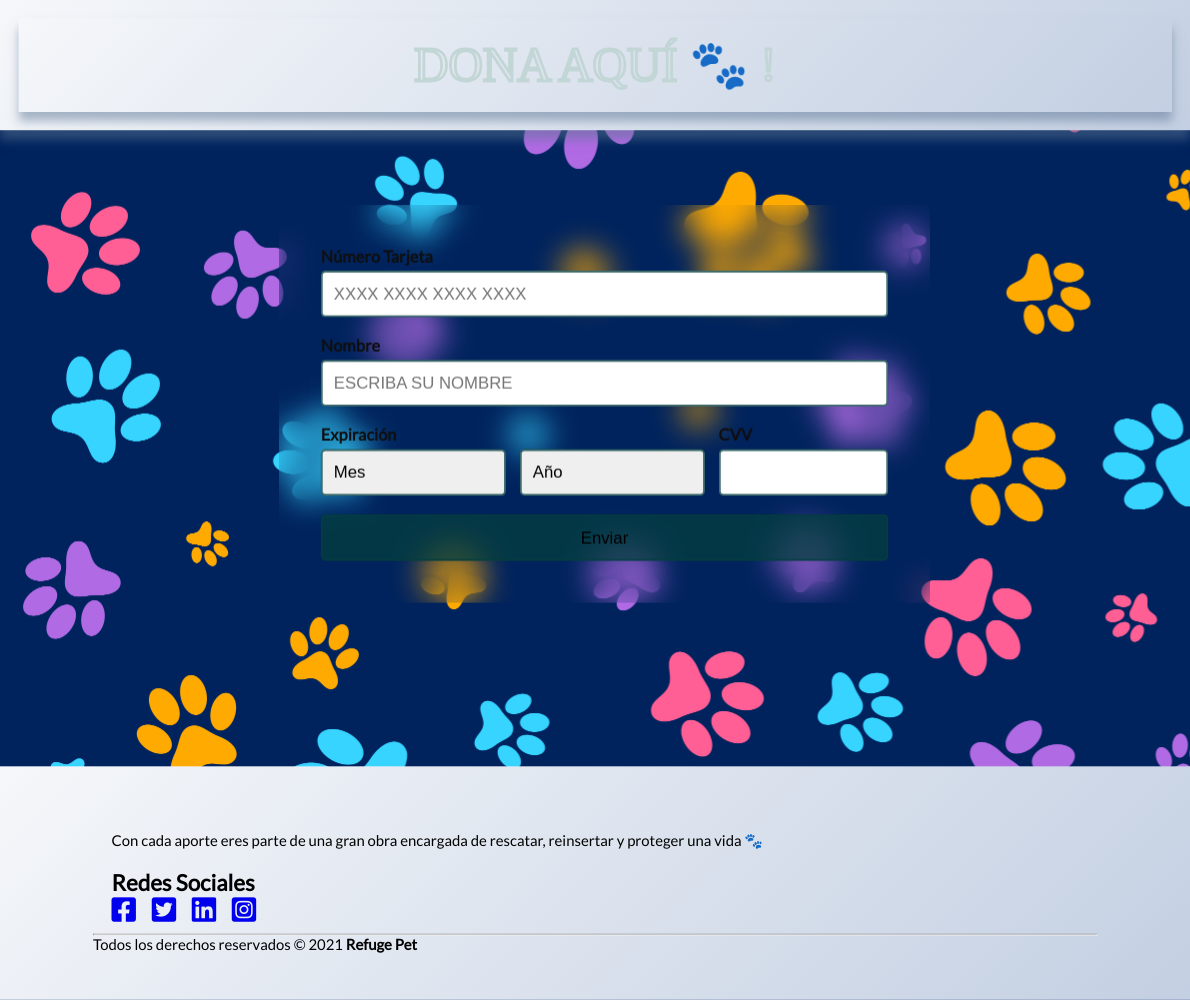
Repository: andreasvidal/SCL019-card-validation
Page: src/views/cardvalidation.html
These files come from the project's save history. The page is drawn as it stood at one moment and after the next save; the edit follows.
The browser window is 1280 px wide. The pictures show the whole page, at 93% of full size.
Some web fonts or font styles are not loaded; a fallback is used. Some web libraries are served in a nearby version.

Above is the page before, as saved 2022-04-13 09:59:08.

### src/views/cardvalidation.html
<!DOCTYPE html>
<html lang="en">

<head>
    <meta charset="UTF-8" />
    <meta http-equiv="X-UA-Compatible" content="IE=edge" />
    <meta name="viewport" content="width=device-width, initial-scale=1.0" />
    <link rel="preconnect" href="https://fonts.googleapis.com" />
    <link rel="preconnect" href="https://fonts.gstatic.com" crossorigin />
    <link href="https://fonts.googleapis.com/css2?family=Lato:ital,wght@0,400;1,700&display=swap" rel="stylesheet" />
    <link rel="preconnect" href="https://fonts.googleapis.com" />
    <link rel="preconnect" href="https://fonts.gstatic.com" crossorigin />
    <link href="https://fonts.googleapis.com/css2?family=Hurricane&family=Lato:ital,wght@1,700&display=swap" rel="stylesheet" />
    <link rel="stylesheet" href="https://use.fontawesome.com/releases/v5.8.1/css/all.css" integrity="sha384-50oBUHEmvpQ+1lW4y57PTFmhCaXp0ML5d60M1M7uH2+nqUivzIebhndOJK28anvf" crossorigin="anonymous" />
    <link rel="stylesheet" href="../css/formstyle.css" />
    <link rel="stylesheet" href="../css/style.css" />
    <title>Formulario</title>
</head>

<!--contenido principal formulario-->

<body>
    <div class="subtitle">
        <p class="subtitle">DONA AQUÍ 🐾 !</p>
    </div>
    <form id="formValidation" class="form-validation">
        <div class="bg-blur">
            <div class="data-card" id="dataForm">
                <label for="inputNumber">Número Tarjeta</label>
                <input type="text" id="inputNumber" name="number" maxlength="16" autocomplete="off" pattern="[0-9]+" placeholder="XXXX XXXX XXXX XXXX" required />
                <h5 id="print"></h5>
            </div>
            <div class="data-card">
                <label for="inputNameUser">Nombre </label>
                <input type="text" id="inputNameUser" name="nameUser" placeholder="Escriba su nombre" required />
                <h5 id="print"></h5>
            </div>
            <!--datos expiración tarjeta-->
            <div class="flexbox">
                <div class="data-card expider-date">
                    <label for="monthSelect">Expiración</label>
                    <div class="flexbox">
                        <div class="data-card-select">
                            <select name="monthSelect" id="monthSelect" required>
                <option disabled selected>Mes</option>
                <option value="1">1</option>
                <option value="2">2</option>
                <option value="3">3</option>
                <option value="4">4</option>
                <option value="5">5</option>
                <option value="6">6</option>
                <option value="7">7</option>
                <option value="8">8</option>
                <option value="9">9</option>
                <option value="10">10</option>
                <option value="11">11</option>
                <option value="12">12</option>
              </select>
                        </div>
                        <div class="data-card-select">
                            <select name="yearSelect" id="yearSelect" required>
                <option disabled selected>Año</option>
                <option value="2">2014</option>
                <option value="5">2015</option>
                <option value="6">2016</option>
                <option value="7">2017</option>
                <option value="8">2018</option>
                <option value="9">2019</option>
                <option value="10">2020</option>
                <option value="11">2021</option>
                <option value="12">2022</option>
              </select>
                        </div>
                    </div>
                </div>
                <div class="data-card ccv">
                    <label for="inputCcv">CVV</label>
                    <input type="text" id="inputCcv" name="inputCcv" maxlength="3" required />
                </div>
            </div>
            <button type="submit" value="sendForm" class="btn-send" id="sendForm">
        Enviar
      </button>
        </div>
    </form>
    <footer>
        <div class="container__footer">
            <div class="box__footer">
                <div class="terms">
                    <p>
                        Con cada aporte eres parte de una gran obra encargada de rescatar, reinsertar y proteger una vida 🐾
                    </p>
                </div>
            </div>
            <div class="box__footer">
                <h2>Redes Sociales</h2>
                <a href="#"> <i class="fab fa-facebook-square"></i></a>
                <a href="#"><i class="fab fa-twitter-square"></i></a>
                <a href="#"><i class="fab fa-linkedin"></i></a>
                <a href="#"><i class="fab fa-instagram-square"></i></a>
            </div>
        </div>
        <div class="box__copyright">
            <hr />
            <p>Todos los derechos reservados © 2021 <b>Refuge Pet</b></p>
        </div>
    </footer>
    <!-- jQuery-->
    <script src="https://ajax.googleapis.com/ajax/libs/jquery/3.6.0/jquery.min.js"></script>
    <!--materialize -->
    <!--JS-->
    <script src="../js/index.js" type="module"></script>
</body>

</html>

### src/css/formstyle.css
* {
    padding: 0;
    margin: 0;
    box-sizing: border-box;
}

body {
    font-family: 'Lato', 'sans-serif';
    background-image: url(../assets/img/fondopatas.jpg);
    background-size: cover;
    background-repeat: no-repeat;
}


/*estilos formulario validacion*/

.form-validation {
    color: beige;
    width: 100%;
    max-width: 700px;
    margin-left: 300px;
    border-radius: 10px;
    position: relative;
    top: 80px;
    z-index: 1;
}

.bg-blur {
    backdrop-filter: blur(1rem);
    width: 100%;
    padding: 45px;
}

.form-validation label {
    display: block;
    color: rgb(15, 15, 15);
    margin-bottom: 5px;
    font-size: 1.1rem;
    font-weight: 700;
}

.form-validation input,
.form-validation select,
.btn-send {
    border: 2px solid rgba(4, 63, 63, 0.753);
    font-size: 18px;
    height: 50px;
    width: 100%;
    padding: 5px 12px;
    border-radius: 5px;
}

.form-validation input:hover,
.form-validation select:hover {
    border: 2px solid rgb(23, 24, 24);
}

.form-validation input:focus,
.form-validation select:focus {
    outline: rgb(173, 182, 182);
    box-shadow: 0 8px 8px 0 rgba(32, 38, 46, 0.3);
}

.form-validation input {
    margin-bottom: 20px;
    text-transform: uppercase;
}

.form-validation .flexbox {
    display: flex;
    justify-content: space-between;
}

.form-validation .expider-date {
    width: 100%;
}

.form-validation .ccv {
    min-width: 10px;
}

.form-validation .data-card-select {
    width: 100%;
    margin-right: 15px;
    position: relative;
}

.form-validation select {
    -webkit-appearance: none;
}


/*backgrond btn enviar*/

.btn-send {
    background: rgba(4, 63, 63, 0.753);
    ;
}

.btn-send:hover {
    background-color: rgba(94, 126, 136, 0.651);
    cursor: pointer;
}

#print {
    color: rgb(38, 41, 41);
    font-size: 16px;
}


/*footer*/

.terms {
    height: 30px;
    margin-bottom: 50px;
}

footer {
    width: 100%;
    padding: 50px 100px;
    margin-top: 20%;
    background-size: cover;
    /*background: rgb(58, 89, 180);*/
    background-image: linear-gradient(135deg, #f5f7fa 0%, #c3cfe2 100%);
}

.box__footer {
    padding: 20px;
    height: 10px;
}

.fab {
    padding-right: 40px;
    width: 20px;
    height: 20px;
    font-size: 30px;
}

.box__copyright {
    padding-top: 50px;
}

### src/css/style.css
     * {
         padding: 0;
         margin: 0;
         box-sizing: border-box;
     }

     body {
         font-family: 'Lato', 'sans-serif';
         background-image: url(../assets/img/fondopatas.jpg);
     }
     /*estilo titulo*/

     .title-h1 {
         font-family: 'Raleway', sans-serif;
         text-decoration: underline overline wavy rgba(183, 0, 255, 0.514);
         padding: 40px 100px;
         color: rgb(74, 80, 80);
         display: flex;
         flex-direction: column;
         align-items: center;
         box-shadow: 0 10px 10px 0 rgba(90, 116, 148, 0.3);
         background-image: linear-gradient(135deg, #f5f7fa 0%, #c3cfe2 100%);
         font-size: 8vw;
     }

     .subtitle {
         font-family: 'Shadows Into Light', cursive;
         text-align: center;
         padding: 20px 20px;
         color: rgb(74, 80, 80);
         font-size: 4vw;
         -webkit-text-fill-color: transparent;
         -webkit-text-stroke: 3px rgb(195, 214, 214);
         background-image: linear-gradient(135deg, #f5f7fa 0%, #c3cfe2 100%);
         box-shadow: 0 10px 10px 0 rgba(90, 116, 148, 0.5);
     }

     .img-banner {
         display: flex;
         height: 500px;
         z-index: -1;
         flex-direction: row;
         margin-left: 50px;
         align-items: center;
         margin-bottom: -50px;
         border-radius: 15px;
     }
     /*contenedor tarjeta*/

     .container {
         width: 90%;
         max-width: 1000px;
         padding: 20px 60px;
         margin: auto;
         display: flex;
         /* deja los elementos en forma de columna*/
         flex-direction: column;
         /*align-items no sirve para centrar de forma vertical (se utiliza justify), se utiliza al cambiar la dirección con flex-direction*/
         align-items: center;
     }
     /*estilo tarjeta*/

     .card {
         padding-top: 30px;
         width: 100%;
         max-width: 550px;
         position: relative;
         color: rgb(37, 36, 36);
         cursor: pointer;
     }

     .card>div {
         padding: 30px;
         border-radius: 15px;
         min-height: 315px;
         display: flex;
         flex-direction: column;
         justify-content: space-between;
         box-shadow: 0 10px 10px 0 rgba(90, 116, 148, 0.822);
     }

     .style-card {
         width: 100%;
         background: url(../assets/img/background-card/bg-img-2.jpg);
         background-size: cover;
     }
     /*para mantener el espeacio de la imagen logo (contenedor vacio)*/

     .style-card .logo-card {
         text-align: right;
         min-height: 50px;
     }

     .style-card .logo-card img {
         width: 100%;
         height: 100%;
         object-fit: cover;
         max-width: 80px;
     }

     .style-card .chip-card {
         width: 100%;
         max-width: 50px;
         margin-bottom: 20px;
     }

     .style-card .form-group .card-label {
         font-size: 16px;
         color: rgb(115, 131, 131);
         margin-bottom: 5px;
     }

     .style-card .card-group .number-card,
     .style-card .card-group .name-card,
     .style-card .card-group .expider {
         /*color: rgb(74, 80, 80);*/
         font-size: 22px;
         text-transform: uppercase;
     }

     .style-card .flexbox {
         display: flex;
         justify-content: space-between;
         margin-top: 20px;
     }
     /*btn abrir formulario*/

     .btn-open {
         color: rgb(195, 214, 214);
         box-shadow: 0 10px 10px 0 rgba(90, 116, 148, 0.3);
         background: rgba(183, 0, 255, 0.514);
         width: 50px;
         height: 50px;
         margin-top: -10px;
         border-radius: 100%;
         z-index: 2;
     }

     .btn-open:hover {
         opacity: 0.50;
         -moz-opacity: .50;
         filter: alpha (opacity=50);
     }

     .btn-open {
         text-decoration: none;
         padding-top: 15px;
         text-align: center;
     }
     /*footer*/

     .terms {
         height: 30px;
         margin-bottom: 50px;
     }

     footer {
         width: 100%;
         padding: 50px 100px;
         margin-top: 20%;
         background-size: cover;
         /*background: rgb(58, 89, 180);*/
         background-image: linear-gradient(135deg, #f5f7fa 0%, #c3cfe2 100%);
         box-shadow: 0 10px 10px 0 rgba(90, 116, 148, 0.3);
     }

     .box__footer {
         padding: 20px;
         height: 10px;
     }

     .fab {
         padding-right: 40px;
         width: 20px;
         height: 20px;
         font-size: 30px;
     }

     .box__copyright {
         padding-top: 50px;
     }

### src/js/index.js
/*import validator from '../js/validator.js';

//Llamando al DOM

const btnForm = document.getElementById("sendForm");
const form = document.getElementById("#formValidation");
btnForm.addEventListener('click', function(e) {
    e.preventDefault();
    let creditCardNumber = document.getElementById('inputNumber').value;
    let maskified = validator.maskify(creditCardNumber);
    if (creditCardNumber === "") {
        return document.getElementById("print").innerHTML = "Reingrese su número de tarjeta sin espacios ni carácteres especiales";
    } else {
        return document.getElementById("print").innerHTML = "Tu tarjeta N° " + maskified + " es válida";
    }
})


// inputName solo letras, inputCcv y inputNumber  solo numeros
let inputNumber = document.getElementById('inputNumber');
let inputName = document.getElementById('inputNameUser');
let inputCcv = document.getElementById('inputCcv');

const onlyNum = /[^0-9]/g;
const onlypLet = /[^a-zA-ZÑñáéíóúÁÉÍÓÚ\s]*$/g;
inputNumber.addEventListener('input', function() {
    inputNumber.value = inputNumber.value.replace(onlyNum, '');
});
inputName.addEventListener('input', function() {
    inputName.value = inputName.value.replace(onlypLet, '');
});
inputCcv.addEventListener('input', function() {
    inputCcv.value = inputCcv.value.replace(onlyNum, '');
});

// mes y años
for (let i = 1; i <= 12; i++) {
    let optionDate = document.createElement('option');
    optionDate.value = i;
    optionDate.innerText = i;
    form.monthSelect.appendChild(optionDate);
}

// * Select del año generado dinamicamente.
const yearActual = new Date().getFullYear();
for (let i = yearActual; i <= yearActual + 8; i++) {
    let optionDate = document.createElement('option');
    optionDate.value = i;
    optionDate.innerText = i;
    optionDate.selectYear.appendChild(optionDate);
}*/

After the next save:
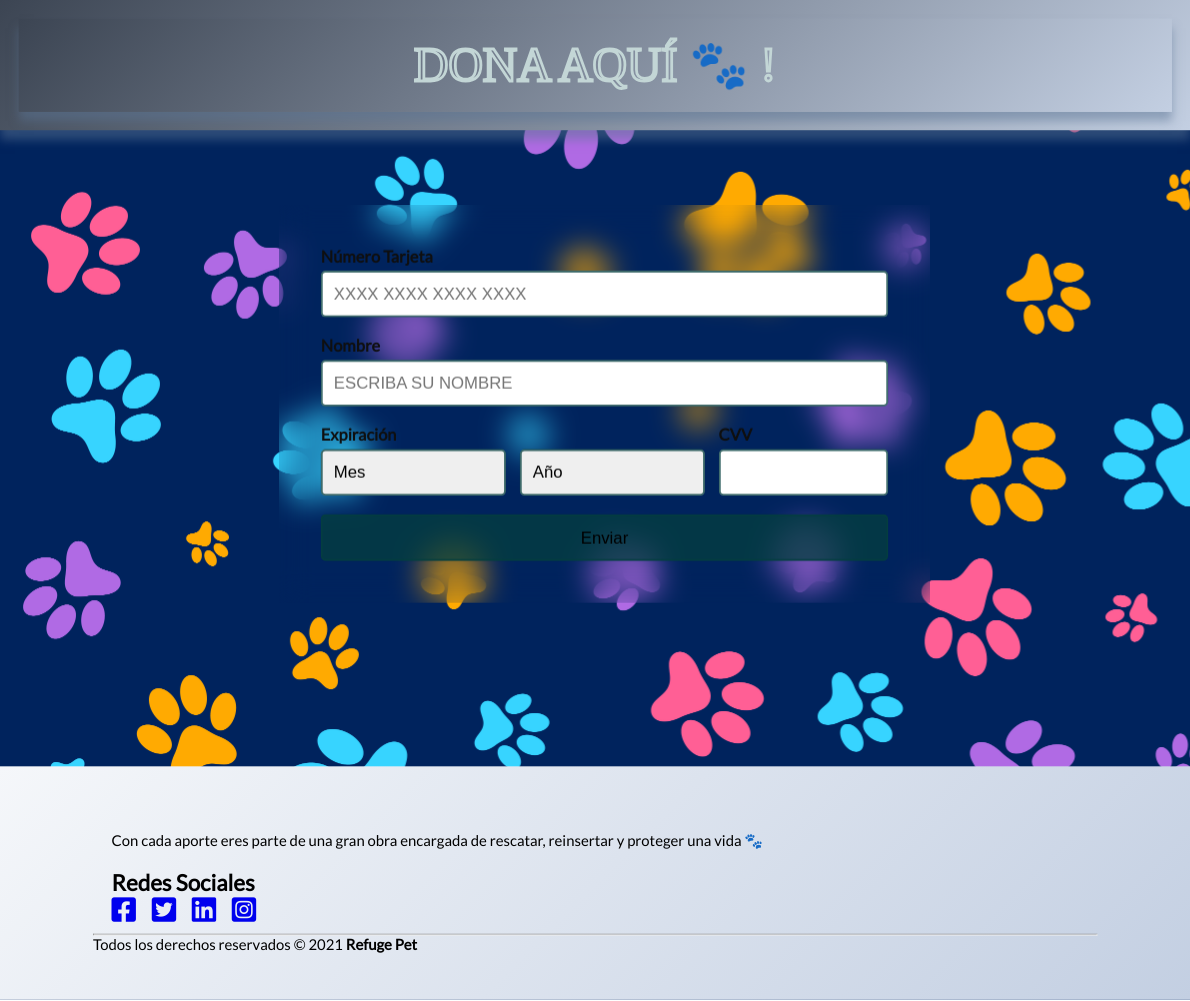
Saved 21 s later.
--- a/src/css/style.css
+++ b/src/css/style.css
@@ -31,7 +31,7 @@
          font-size: 4vw;
          -webkit-text-fill-color: transparent;
          -webkit-text-stroke: 3px rgb(195, 214, 214);
-         background-image: linear-gradient(135deg, #f5f7fa 0%, #c3cfe2 100%);
+         background-image: linear-gradient(135deg, #3c4553 0%, #c3cfe2 100%);
          box-shadow: 0 10px 10px 0 rgba(90, 116, 148, 0.5);
      }
 
